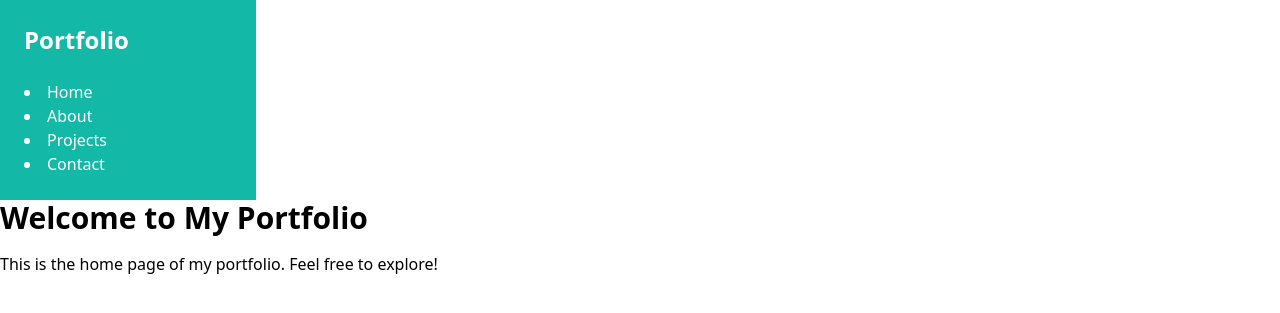
Repository: feyroozecode/feyroozecode.github.io
Page: index.html
The author's editor kept a copy of each file at every save. The page is drawn from the files as they stood at one save, then again after the next save.
The browser window is 1280 px wide. The pictures show the whole page.
Some web libraries are served in a nearby version.

Above is the page before, as saved 2023-11-30 21:33:03.

After the next save:
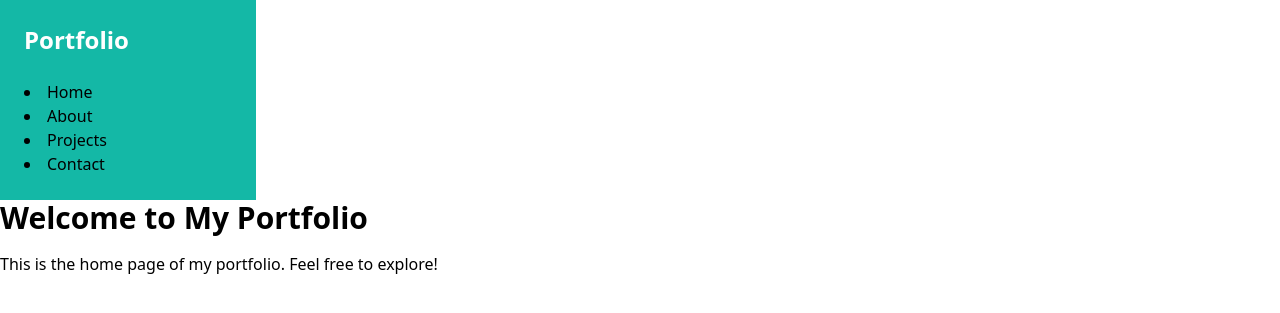
Saved 45 s later.
--- a/index.html
+++ b/index.html
@@ -49,7 +49,6 @@
 <body>
 
     <!-- sidebar-->
-<header class="text-white">
     <aside class="bg-teal-500 w-64 p-6">
          <h1 class="text-2xl font-semibold text-white">Portfolio</h1>
     <nav class="mt-6">
